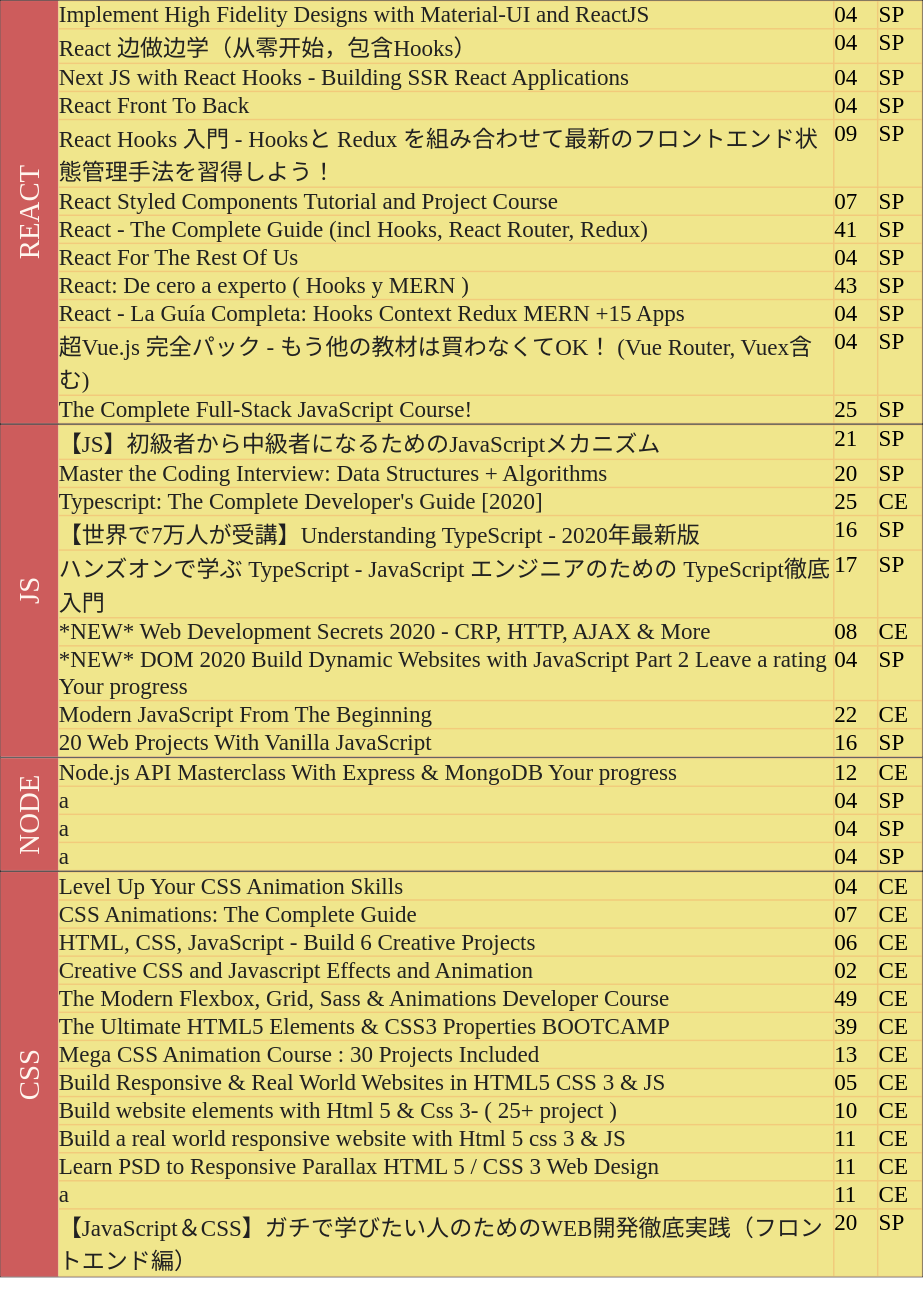
Repository: ClementLight/plan
Page: codicrs.html
An editor plug-in stored every save of this project. The page is shown before and after the next save, followed by the edit.
The browser window is 1280 px wide. The page is 1282 px wide, so the pictures cover 1282 px, including what lies to the right of the window. The pictures show the whole page, at 72% of full size.

Above is the page before, as saved 2020-08-21 15:45:45.

After the next save:
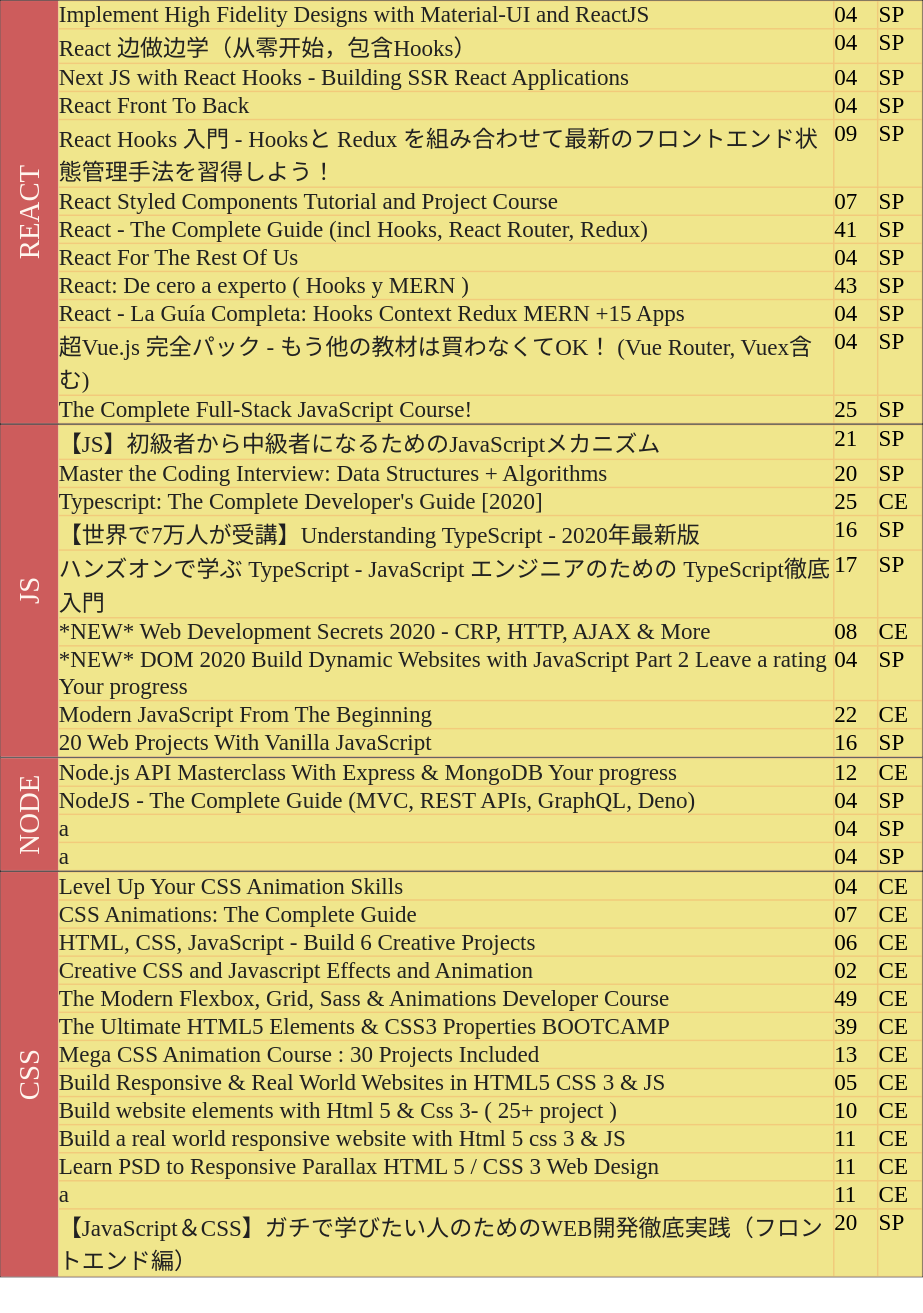
Saved 103 s later.
--- a/codicrs.html
+++ b/codicrs.html
@@ -211,7 +211,7 @@
           <span class="account">CE</span>
         </div>
         <div class="lesson">
-          <a class="lessonname" href="">a</a>
+          <a class="lessonname" href="">NodeJS - The Complete Guide (MVC, REST APIs, GraphQL, Deno) </a>
           <span class="hours">04</span>
           <span class="account">SP</span>
         </div>
